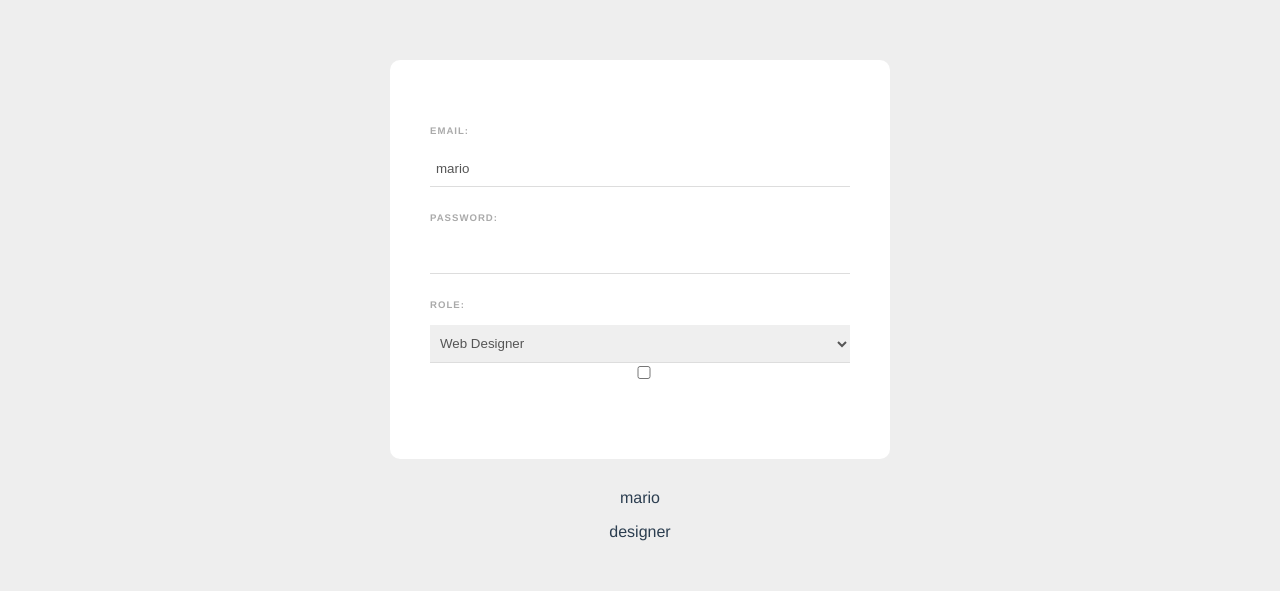
Repository: pin-seavmuy/Vue-Js
Page: /
An editor plug-in stored every save of this project. The page is shown before and after the next save, followed by the edit.
The browser window is 1280 px wide. The pictures show the whole page.
The project was rebuilt for these pictures with package versions that can differ from the ones it lists, and the page was loaded fresh each time. Also part of the build but not shown: vue.config.js.

Above is the page before, as saved 2023-11-15 23:49:15.

### src/App.vue
<template>
  <SignupForm/>
</template>

<script>
import SignupForm from './components/SignupForm.vue'

export default {
  name: 'App',
  components: {
    SignupForm
  }
}
</script>

<style>
#app {
  font-family: Avenir, Helvetica, Arial, sans-serif;
  -webkit-font-smoothing: antialiased;
  -moz-osx-font-smoothing: grayscale;
  text-align: center;
  color: #2c3e50;
  margin-top: 60px;
}
body{
  margin: 0;
  background: #eee;

}
</style>

### src/components/SignupForm.vue
<template>
  <form>
    <label>Email:</label>
    <input type="email" required v-model="email">

    <label>Password:</label>
    <input type="password" required v-model="password">

        <label>Role:</label>
        <select v-model="role">
            <option value="developer">Web Developer</option>
            <option value="designer">Web Designer</option>
        </select>

        <div class="terms">
            <input type="checkbox" required>
            <label></label>
        </div>
  </form>

  <p>{{ email }}</p>
  <p>{{ password }}</p>
  <p>{{ role}}</p>
</template>

<script>
export default {
    data(){
        return{
            email: 'mario',
            password: '',
            role: 'designer'
        }
    },
    components: []
}
</script>

<style>
    form{
        max-width: 420px;
        margin: 30px auto;
        background: #fff;
        text-align: left;
        padding: 40px;
        border-radius: 10px;
    }
    label{
        color: #aaa;
        display: flex;
        margin: 25px 0 15px;
        font-size: 0.6em;
        text-transform: uppercase;
        letter-spacing: 1px;
        font-weight: bold;
    }
    input, select{
        display: block;
        padding: 10px 6px;
        width: 100%;
        box-sizing: border-box;
        border: none;
        border-bottom: 1px solid #ddd;
        color: #555;
    }
</style>

Loaded but not shown: public/index.html (common file); src/main.js (common file)

After the next save:
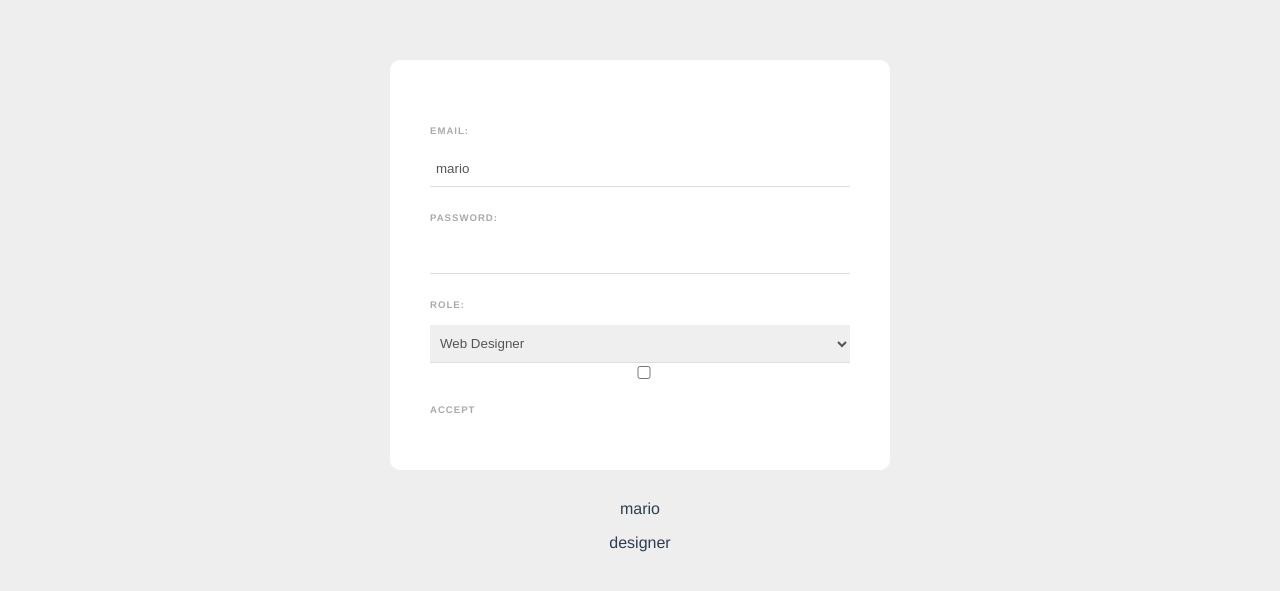
Saved 4 s later.
--- a/src/components/SignupForm.vue
+++ b/src/components/SignupForm.vue
@@ -14,7 +14,7 @@
 
         <div class="terms">
             <input type="checkbox" required>
-            <label></label>
+            <label>Accept</label>
         </div>
   </form>
 
